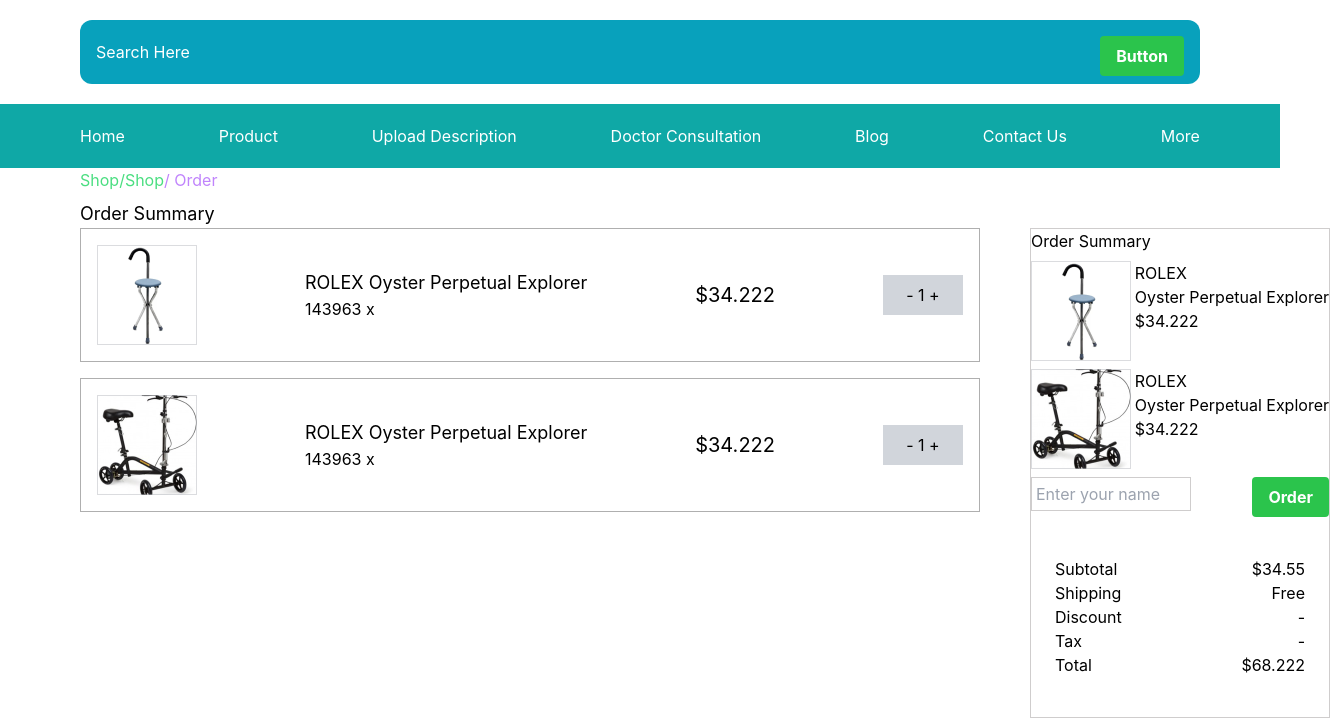
Repository: arafatmollah/pharma
Page: /
The author's editor kept a copy of each file at every save. The page is drawn from the files as they stood at one save, then again after the next save.
The browser window is 1280 px wide. The page is 1330 px wide, so the pictures cover 1330 px, including what lies to the right of the window. The pictures show the whole page.
The project was rebuilt for these pictures with package versions that can differ from the ones it lists, and the page was loaded fresh each time.

Above is the page before, as saved 2023-03-12 23:34:08.

### src/App.js

import './App.css';
import Nav from './Nav';
import Order from './Order';

function App() {
  return (
    <div className="App">
      <Nav></Nav>
      <Order></Order>
    </div>
  );
}

export default App;

### src/App.css
.box-border{
    background-color: #08A1BC;
}
.btn {
    @apply font-bold py-2 px-4 rounded;
    background-color: #2BC44C;
    color: white;
  }
  .btn-blue {
    @apply bg-blue-500 text-white;
  }
  .btn-blue:hover {
    @apply bg-blue-700;
  }
.nav{
    background-color: #0FA8A6;
}
.order{
    border: 1px solid rgb(175, 175, 175);
    border: 100%;
}
.list{
  display: grid;
  grid-template-columns: 900px 300px;
  grid-gap: 50px;
}
.form{
  border: 1px solid rgb(207, 205, 205);
  padding: 4px;
}
lr{
  border-top: 1px sold gray;
}
.summary{
  border: 1px solid rgb(207, 205, 205);
}

### src/Nav.js
import React from 'react'
import './App.css';

function Nav() {
  return (
    <div>
        <div className='box-border h-16 w-100 p-4 mx-20 my-5 rounded-xl'>
          <div className='flex justify-between align-middle'>
                <p className='text-white mt-1'>Search Here</p>
                <button class="btn mb-1"> Button</button>
          </div>
        </div>
        <div className='box-border h-16 w-100 nav'>
            <div className='flex mx-20 items-center justify-between text-white'>
            <div className='mt-5'>Home</div>
            <div className='mt-5'> Product</div>
            <div className='mt-5'>Upload Description</div>
            <div className='mt-5'>Doctor Consultation</div>
            <div className='mt-5'>Blog</div>
            <div className='mt-5'>Contact Us</div>
            <div className='mt-5'>More</div>
            </div>
        </div>
    </div>
  )
}

export default Nav

### src/Order.js
import React from 'react'
import img from './images/img.png'
import im from './images/im.png'

function order() {
  return (
    <div>
        <div className='flex mx-20'>
            <p className='text-green-400'>Shop</p>
            <p className='text-green-400'>/Shop</p>
            <p className='text-purple-400'>/ Order</p>
        </div>
        <div className='mt-2 mx-20'>
          <h3 className='text-lg'>Order Summary</h3>
        </div>
        <div className='mx-20 list'>
          <div>
          <div className='flex border-box p-4 w-100 order justify-center items-center justify-between'>
            <div>
              <img src={img}></img>
            </div>
            <div>
              <h1 className='text-lg'>ROLEX Oyster Perpetual Explorer</h1>
              <p>143963 x</p>
            </div>
            <div>
              <h3 className='text-xl'>$34.222</h3>
            </div>
            <div className='bg-gray-300 h-10 w-20 flex justify-center items-center'>
                - 1 +
              </div>
          </div>
          <div className='flex border-box p-4 order mt-4 justify-between justify-center items-center'>
            <div>
              <img src={im}></img>
            </div>
            <div>
              <h1 className='text-lg'>ROLEX Oyster Perpetual Explorer</h1>
              <p>143963 x</p>
            </div>
            <div>
              <h3 className='text-xl'>$34.222</h3>
            </div>
            <div>
              <div className='bg-gray-300 h-10 w-20 flex justify-center items-center'>
                - 1 +
              </div>
            </div>
          </div>
          </div>
          <div className='summary'>
            Order Summary
          <div className='flex justify-between my-2'>
            <img src={img}></img>
            <div>
              <p>ROLEX</p>
              <h3>Oyster Perpetual Explorer</h3>
              <p>$34.222</p>
            </div>
          </div>
          <div className='flex justify-between my-2'>
            <img src={im}></img>
            <div>
              <p>ROLEX</p>
              <h3>Oyster Perpetual Explorer</h3>
              <p>$34.222</p>
            </div>
          </div>
          <div className='flex justify-between'>
            <form>
              <input type={Text} className="form w-40" placeholder="Enter your name"></input>
            </form>
            <button className='btn'>Order</button>
          </div>
          <div className='my-4 p-6'>
            <div className='flex justify-between'>
              <p>Subtotal</p>
              <p>$34.55</p>
            </div>
            <div className='flex justify-between'>
              <p>Shipping</p>
              <p>Free</p>
            </div>
            <div className='flex justify-between'>
              <p>Discount</p>
              <p>-</p>
            </div>
            <div className='flex justify-between'>
              <p>Tax</p>
              <p>-</p>
            </div>
            <div className='flex justify-between'>
              <lr></lr>
            </div><div className='flex justify-between'>
              <p>Total</p>
              <p>$68.222</p>
            </div>

          </div>
        </div>
        </div>

    </div>
  )
}

export default order

Loaded but not shown: public/index.html (common file); src/index.js (common file); src/index.css (common file); src/reportWebVitals.js (common file); tailwind.config.js (common file)

After the next save:
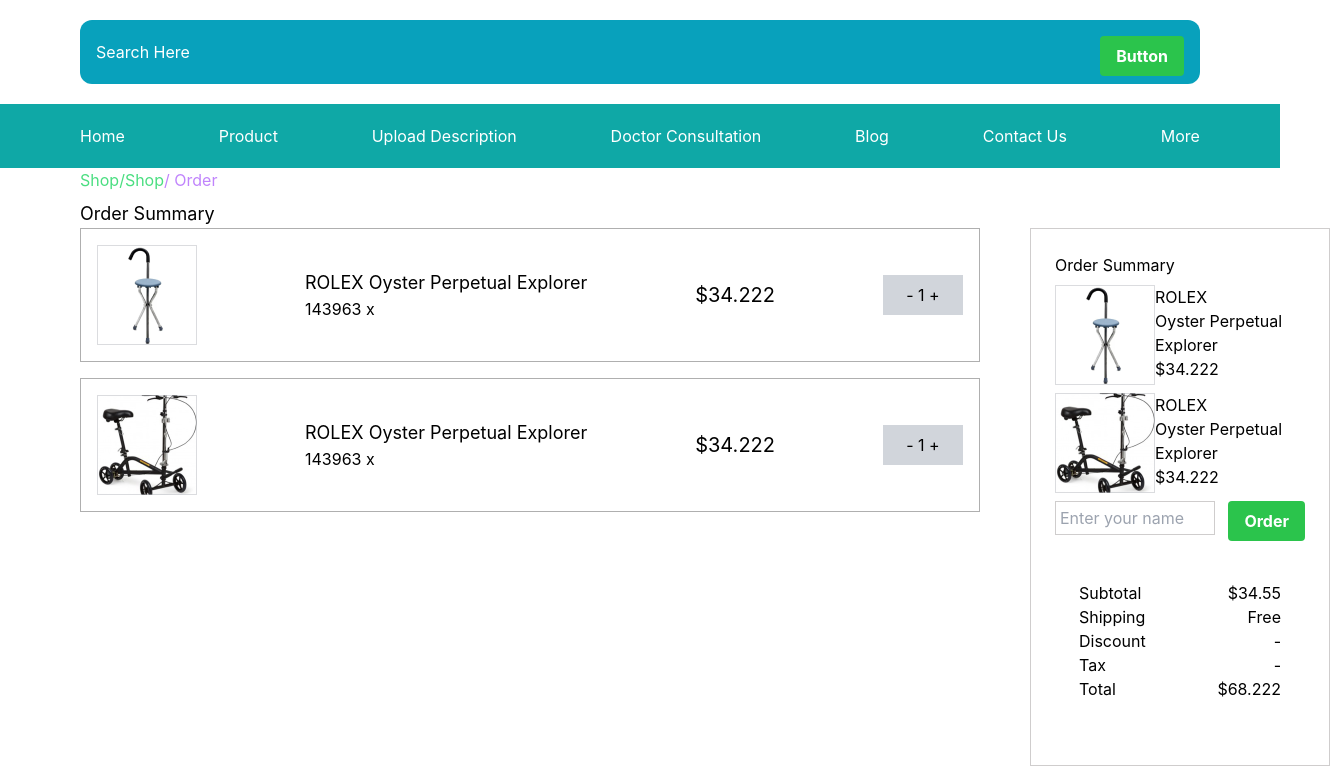
Saved 10 s later.
--- a/src/Order.js
+++ b/src/Order.js
@@ -48,7 +48,7 @@ function order() {
             </div>
           </div>
           </div>
-          <div className='summary'>
+          <div className='summary p-6'>
             Order Summary
           <div className='flex justify-between my-2'>
             <img src={img}></img>
